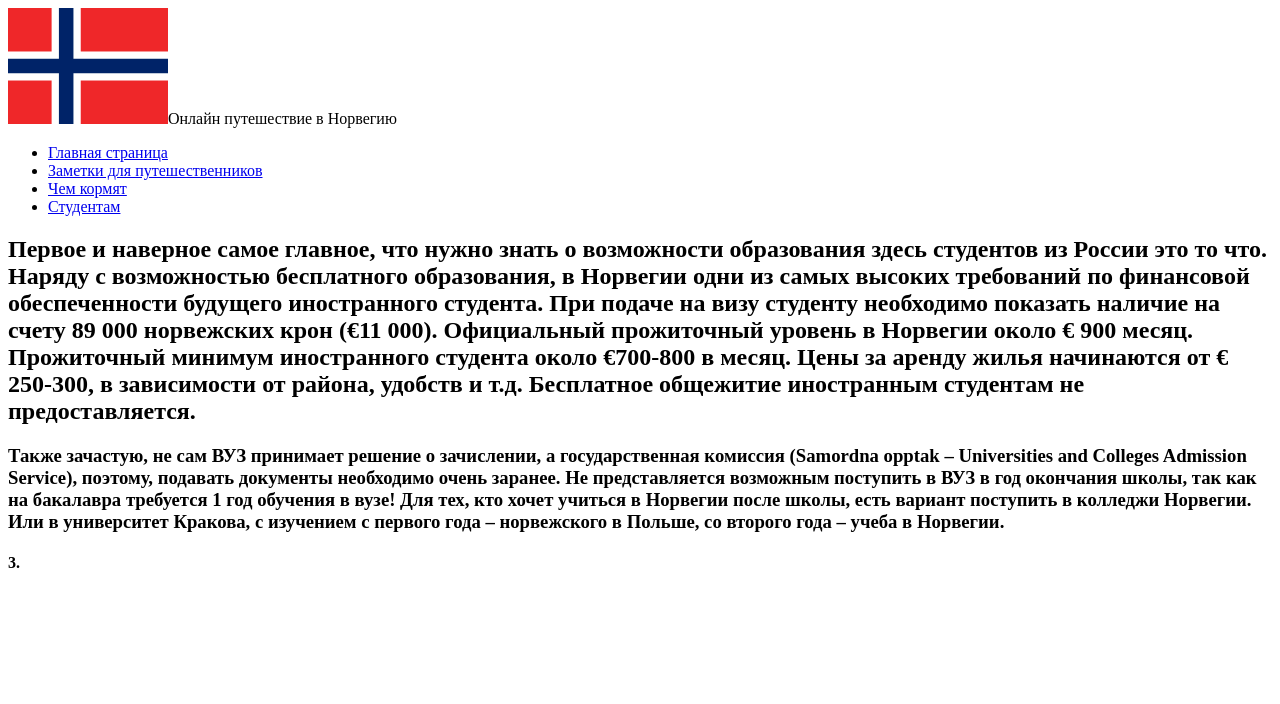
Repository: ryabinina-ekaterina/ryabinina-ekaterina.githab.io
Page: week11/week2.html
The author's editor kept a record of every edit. The page is drawn from the files as they stood at one moment, then again after the next edit.
The browser window is 1280 px wide. The pictures show the whole page.

Above is the page before.

After the next edit:
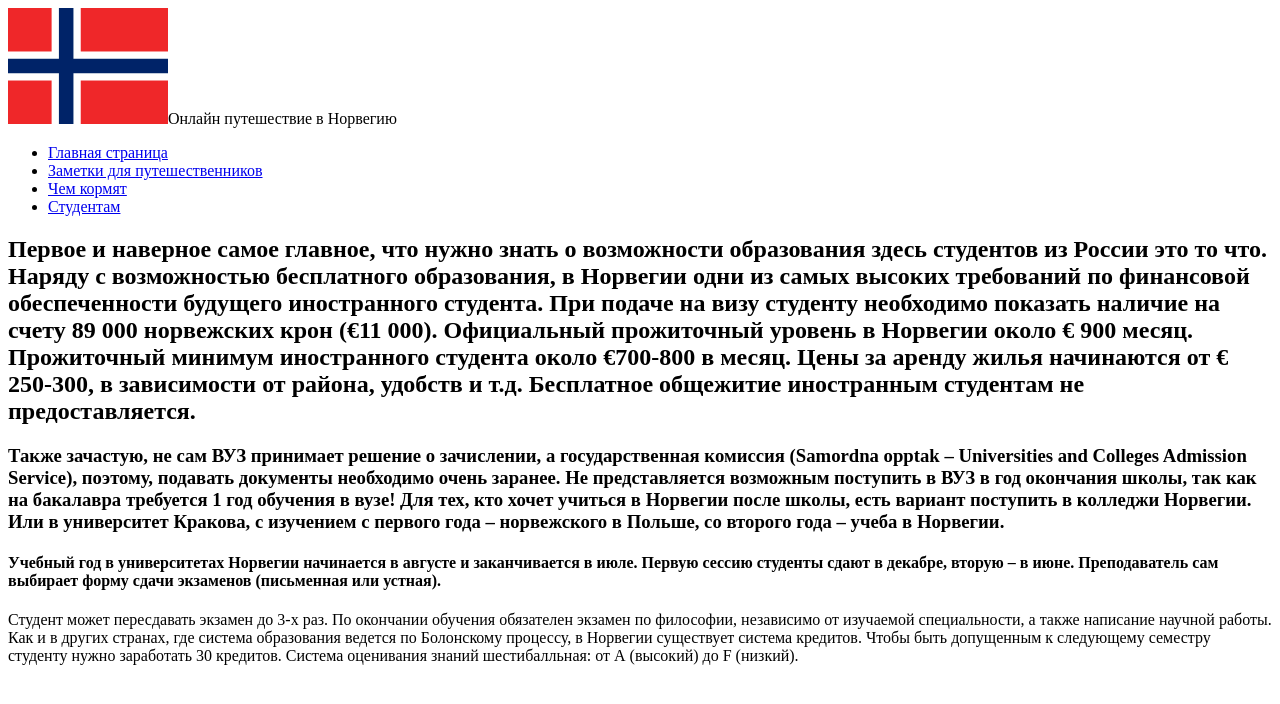
The edit:
--- a/week11/week2.html
+++ b/week11/week2.html
@@ -25,7 +25,13 @@
         <h3> Также зачастую, не сам ВУЗ принимает решение о зачислении, а государственная комиссия (Samordna opptak – Universities and Colleges Admission Service), поэтому, подавать документы необходимо очень заранее. Не представляется возможным поступить в ВУЗ в год окончания школы, так как на бакалавра требуется 1 год обучения в вузе! Для тех, кто хочет учиться в Норвегии после школы, есть вариант поступить в колледжи Норвегии. Или в университет Кракова, с изучением с первого года – норвежского в Польше, со второго года – учеба в Норвегии. </h3>
         </main>
         </div>
-        <h4>  3. </h4>
+        <h4> Учебный год в университетах Норвегии начинается в августе и заканчивается в июле. Первую сессию студенты сдают в декабре, вторую – в июне. Преподаватель сам выбирает форму сдачи экзаменов (письменная или устная).
+         </main>
+        </div>
+             Студент может пересдавать экзамен до 3-х раз. По окончании обучения обязателен экзамен по философии, независимо от изучаемой специальности, а также написание научной работы.
+        </main>
+        </div>
+Как и в других странах, где система образования ведется по Болонскому процессу, в Норвегии существует система кредитов. Чтобы быть допущенным к следующему семестру студенту нужно заработать 30 кредитов. Система оценивания знаний шестибалльная: от А (высокий) до F (низкий). </h4>
         <img src="
         </main>
         </div>
